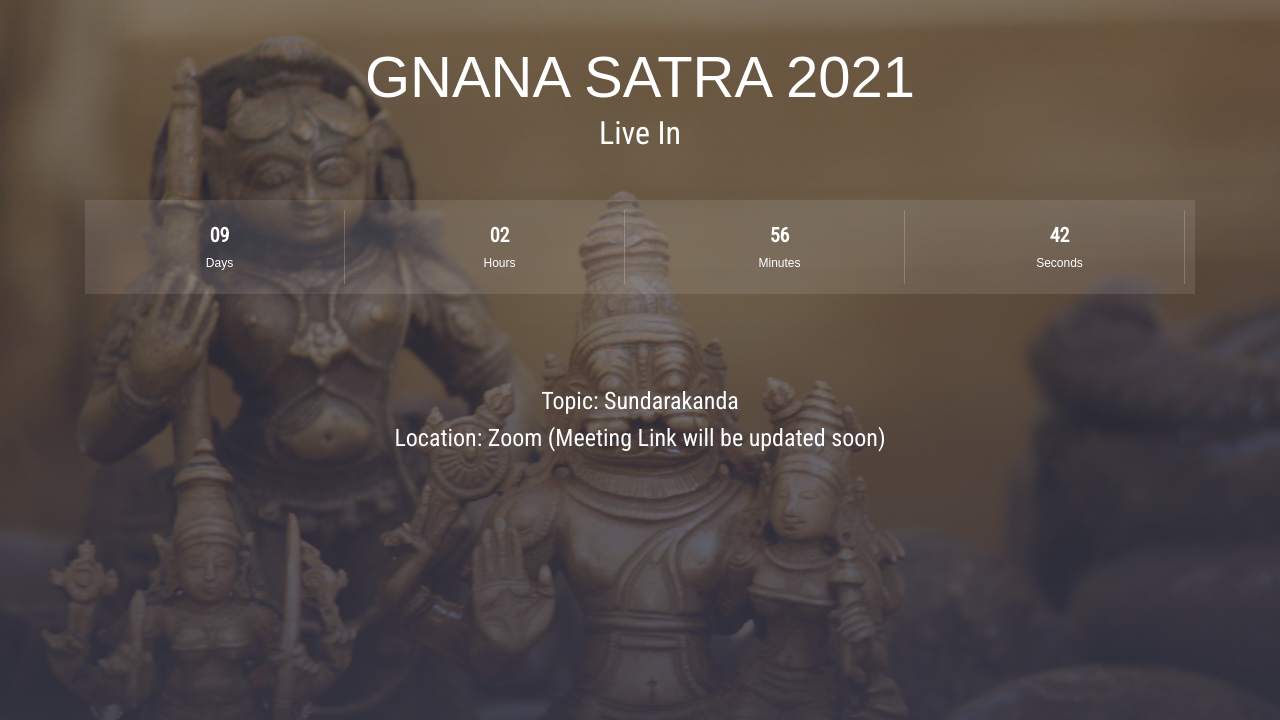
Repository: anirudhbichal/gs
Page: /
The author's editor kept a copy of each file at every save. The page is drawn from the files as they stood at one save, then again after the next save.
The browser window is 1280 px wide. The pictures show the whole page.
Some web fonts or font styles are not loaded; a fallback is used. The project was rebuilt for these pictures with package versions that can differ from the ones it lists, and the page was loaded fresh each time.

Above is the page before, as saved 2021-05-17 18:50:33.

After the next save:
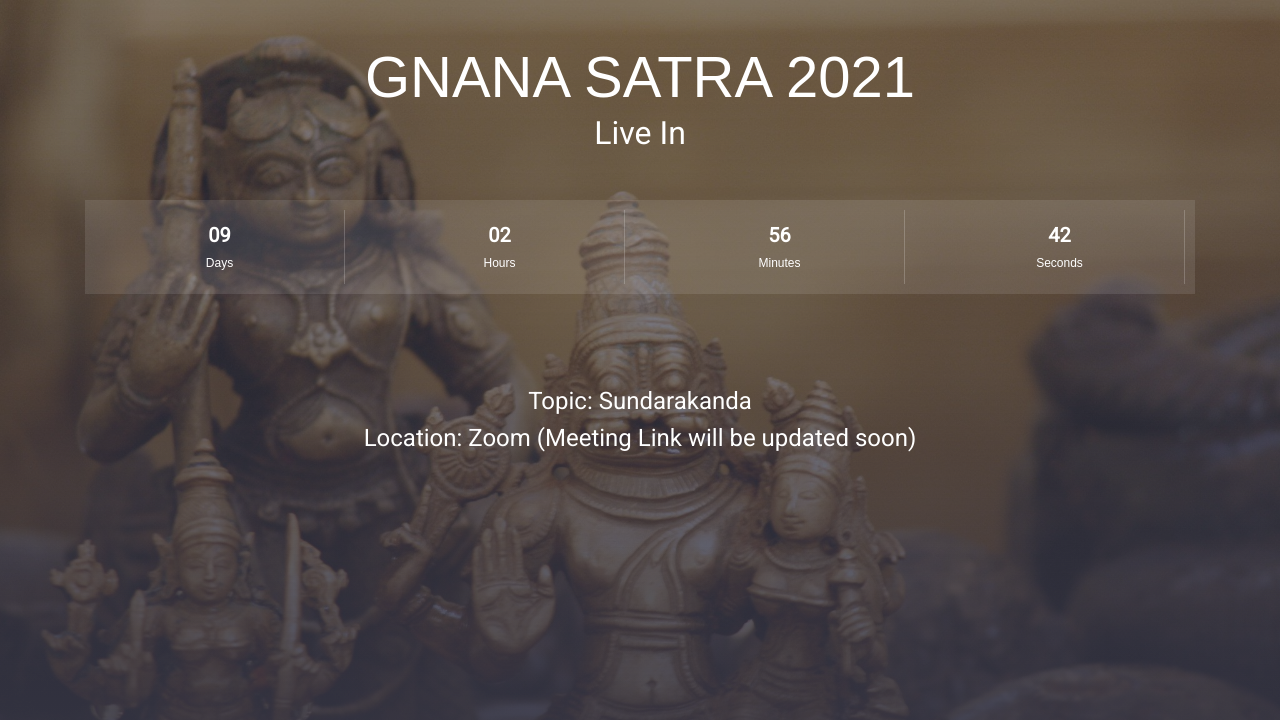
Saved 4 min 23 s later.
--- a/src/App.css
+++ b/src/App.css
@@ -1,9 +1,9 @@
-@import url("https://fonts.googleapis.com/css?family=Roboto+Condensed&display=swap");
+@import url("https://fonts.googleapis.com/css?family=Roboto&display=swap");
 @import url('https://fonts.cdnfonts.com/css/samarkan');
 
 body {
   color: #fff;
-  font-family: "Roboto Condensed", sans-serif;
+  font-family: "Roboto", sans-serif;
   background-image: url('gs-bg.jpg');
   background-repeat: no-repeat;
   background-size: cover;
